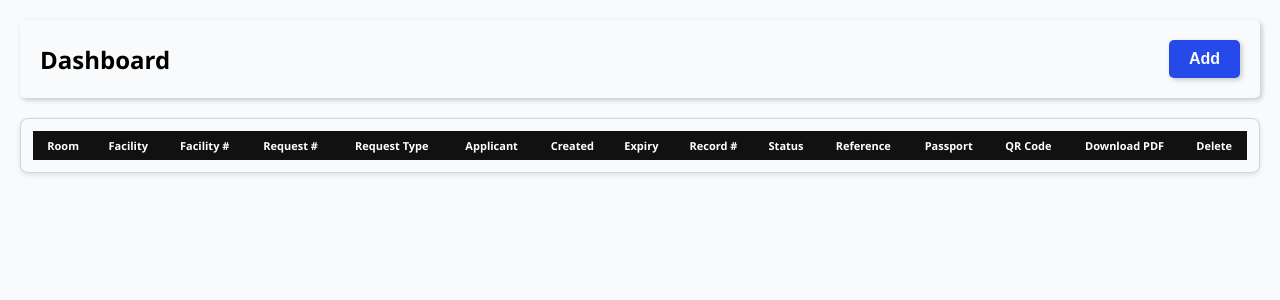
Repository: irfan-shah-sherani/Travel-Tour
Page: public/index.html
An editor plug-in stored every save of this project. The page is shown before and after a run of saves, followed by the edit.
The browser window is 1280 px wide. The pictures show the whole page.
The page's requests for data from a server got no answer.

Above is the page before, as saved 2025-07-11 04:50:42.

### public/index.html
<!DOCTYPE html>
<html lang="en">

<head>
  <meta charset="UTF-8" />
  <meta name="viewport" content="width=device-width, initial-scale=1.0" />
  <title>Dashboard</title>
  <link rel="stylesheet" href="index.css" />
  <!-- <link
      rel="stylesheet"
      href="/public/Dashboard.css"
      integrity="sha512-..."
      crossorigin="anonymous"
      referrerpolicy="no-referrer"
    /> -->
</head>

<body>
  <main>
    <!-- main content -->
    <div class="main-content">
      <!-- TOP-nav -->
      <nav class="main-nav">
        <div class="page-name">
          <i class="fas fa-bars"></i>
          <p>Dashboard</p>
        </div>
        <div class="button">
          <button id="addPersonBtn">Add</button>
        </div>
      </nav>

      <!-- main content  end -->
      <div class="table-container">
        <table>
          <tr>
            <th>Room</th>
          <th>Facility</th>
          <th>Facility #</th>
          <th>Request #</th>
          <th>Request Type</th>
          <th>Applicant</th>
          <th>Created</th>
          <th>Expiry</th>
          <th>Record #</th>
          <th>Status</th>
          <th>Reference</th>
          <th>Passport</th>
          <th>QR Code</th>
          <th>Download PDF</th>
          <th>Delete</th>
          </tr>
          <tbody id="person-table-body">
            <!-- JS will populate this -->
          </tbody>
        </table>

        <!-- ✅ Place script here -->
        <script>
  fetch("/api/")
    .then((res) => res.json())
    .then((data) => {
      const tbody = document.getElementById("person-table-body");
      tbody.innerHTML = "";
      data.forEach((record) => {
        const tr = document.createElement("tr");
        tr.innerHTML = `
          <td>${record.record_id}</td>
          <td>${record.room_name}</td>
          <td>${record.facility_name}</td>
          <td>${record.facility_number}</td>
          <td>${record.request_number}</td>
          <td>${record.request_type}</td>
          <td>${record.applicant_name}</td>
          <td>${record.creation_date}</td>
          <td>${record.request_amount}</td>
          <td>${record.expiry_date}</td>
          <td>${record.record_number}</td>
          <td>${record.request_status}</td>
          <td>${record.reference_number}</td>
          <td>${record.passport_number}</td>
          <td>${record.qrcode_url ? `<img src="${record.qrcode_url}" class="qr-img" alt="QR Code">` : "No QR"}</td>
          <td>
            <a href="/api/download-pdf?token=${record.qr_token}">
              <button type="button">Download PDF</button>
            </a>
          </td>
          <td>
            <form action="/delete/${record.qr_token}" method="POST" onsubmit="return confirm('Are you sure you want to delete this record?');">
              <button type="submit">Delete</button>
            </form>
          </td>
        `;

                tbody.appendChild(tr);
              });
            });
        </script>
        </table>
      </div>

      <!-- Trigger Button OUTSIDE -->
      <!-- Add Room Form (initially hidden in CSS or JS) -->
      <div class="add-new add-new-person">
        <h2 class="form-title">Add New Person</h2>
        <form class="person-form" action="/" method="POST">
          <div class="inputForm">
            <!-- Left Side -->
            <div class="left-side">
              <div class="form-group">
                <label for="room_number">Room No </label>
                <input type="text" id="room_number" name="room_number" required />
              </div>

              <div class="form-group">
                <label for="facility_name">Facility Name </label>
                <input type="text" id="facility_name" name="facility_name" required />
              </div>

              <div class="form-group">
                <label for="facility_number">Facility number </label>
                <input type="text" id="facility_number" name="facility_number" required />
              </div>

              <div class="form-group">
                <label for="request_number">Request number </label>
                <input type="number" id="request_number" name="request_number" step="0.01" required />
              </div>

              <div class="form-group">
                <label for="request_type">Request Type</label>
                <input type="text" id="request_type" name="request_type" required />
              </div>
            </div>

            <!-- Center Side -->
            <div class="center-side">
              <div class="form-group">
                <label for="applicant">Applicant</label>
                <input type="text" id="applicant" name="applicant" />
              </div>

              <div class="form-group">
                <label for="created">Created</label>
                <input type="text" id="created" name="created" />
              </div>

              <div class="form-group">
                <label for="amount">Amount</label>
                <input type="text" id="amount" name="amount" />
              </div>

              <div class="form-group">
                <label for="expiry">Expiry</label>
                <input type="text" id="expiry" name="expiry" />
              </div>

              <div class="form-group">
                <label for="record_number">Record number</label>
                <input type="text" id="record_number" name="record_number" />
              </div>
            </div>

            <!-- Right Side -->
            <div class="right-side">
              <div class="form-group">
                <label for="status">Status</label>
                <input type="text" id="status" name="status" />
              </div>

              <div class="form-group">
                <label for="reference_number">Reference number</label>
                <input type="text" id="reference_number" name="reference_number" />
              </div>

              <div class="form-group">
                <label for="passport_number">Passport number</label>
                <input type="text" id="passport_number" name="passport_number" />
              </div>

            </div>
          </div>

          <div class="button-group">
            <button type="button" class="cancelbtn">Cancel</button>
            <button type="submit" class="submit-person-btn">Add Person</button>
          </div>
        </form>
      </div>

    </div>
  </main>
  <script src="index.js"></script>
</body>

</html>

### public/index.css
* {
  margin: 0;
  padding: 0;
  box-sizing: border-box;
}
:root {
  --primary-gradient: linear-gradient(135deg, #667eea 0%, #764ba2 100%);
  --card-shadow: 0 4px 6px rgba(0, 0, 0, 0.1);
  --card-hover-shadow: 0 8px 15px rgba(0, 0, 0, 0.2);
}
body {
  font-family: "Segoe UI", Tahoma, Geneva, Verdana, sans-serif;
  background-color: #f8fafc;
}
main {
  display: flex;
  /* display: flex; */
}
/* .sidebar {
  position: fixed;
  display: flex;
  align-items: center;
  flex-direction: column;
  width: 250px;
  height: 100vh;
  padding: 20px;
  background: var(--primary-gradient);
  border-radius: 10px 0px 0px 10px;
  color: #f8fafc;
}
.cross-icon {
  display: none;
  justify-content: right;
  color: #f8fafc;
  font-size: 2rem;
  cursor: pointer;
}
.logo {
  display: flex;
  align-items: center;
  gap: 10px;
  margin-bottom: 10px;
  border-bottom: 1px solid rgba(255, 255, 255, 1);
  padding-bottom: 20px;
}
.logo p {
  font-size: 24px;
  font-weight: 600;
}
.sidebar img {
  display: block;
  width: 50px;
  height: 50px;
  object-fit: cover;
  object-position: center;
  border-radius: 5px;
}
.logo hr {
  width: 100px;
  height: 2px;
  color: rgba(255, 255, 255, 0.1);
}
.links ul li {
  list-style: none;
  margin: 5px;
}
.links ul li a {
  display: flex;
  padding-left: 20px;
  align-items: center;
  width: 200px;
  height: 50px;
  text-decoration: none;
  gap: 10px;
  border-radius: 10px;
  transition: all 0.3s ease;
  color: rgba(255, 255, 255, 0.85);
}
.links ul li a:hover {
  background-color: rgba(255, 255, 255, 0.1);
  transform: translateX(5px);
}
.links ul li a.active {
  background-color: rgba(255, 255, 255, 0.1);
  transform: translateX(5px);
} */
/* main content */
.main-content {
  display: flex;
  /* margin-left: 250px; */
  flex-direction: column;
  background-color: #f8fafc;
  width: 100%;
  padding: 20px;
  gap: 20px;
}
.main-content nav {
  display: flex;
  justify-content: space-between;
  align-items: center;
  border-radius: 5px;
  width: 100%;
  background-color: #f8fafc;
  padding: 20px;
  box-shadow: 2px 2px 5px rgba(0, 0, 0, 0.2);
}
.page-name {
  display: flex;
  align-items: center;
  gap: 10px;
}
.page-name p {
  font-size: 24px;
  font-weight: 600;
}
.page-name i {
  display: none;
  cursor: pointer;
  font-size: 24px;
  font-weight: 600;
}
.button {
  display: flex;
  align-items: center;
  gap: 10px;
}
.button button {
  padding: 10px 20px;
  border-radius: 5px;
  border: none;
  background-color: #264ae9;
  color: #f8fafc;
  font-size: 16px;
  font-weight: 600;
  box-shadow: 2px 2px 5px rgba(0, 0, 0, 0.2);
  cursor: pointer;
  transition: all 0.05s ease-in-out;
}
.button button:hover {
  transform: translateY(2px);
}

/* table */
/* General Table Styling */
.table-container {
  width: 100%;
  overflow-x: auto;
  background-color: #f8fafc;
  border-radius: 8px;
  border: 1px solid rgba(0, 0, 0, 0.15);
  box-shadow: 0 2px 5px rgba(0, 0, 0, 0.1);
  padding: 12px;
  box-sizing: border-box;
}

/* Table Reset */
table {
  width: 100%;
  border-collapse: collapse;
  font-size: 11px;
  table-layout: auto;
}

/* Table Header */
.table-container table th {
  background-color: #111;
  color: #fff;
  font-weight: 600;
  font-size: 11px;
  padding: 8px;
  text-align: center;
  vertical-align: middle;
  white-space: normal;
  line-height: 1.2;
  word-break: break-word;
}

/* Force words like "Request Number" to wrap into 2 lines */
.table-container table th {
  max-width: 90px;
}

/* Table Body */
.table-container table td {
  white-space: nowrap;
  text-align: center;
  vertical-align: middle;
  padding: 8px 6px;
}

/* Row Hover Effect */
.table-container table tr:hover {
  background-color: #e2e8f0;
  transition: background-color 0.2s;
}

/* Button Styling */
.btn {
  padding: 4px 8px;
  font-size: 10px;
  border-radius: 4px;
  border: none;
  cursor: pointer;
  transition: 0.2s;
}

/* Delete Button */
.delete-form {
  border: 1px solid #ef4444;
  color: #ef4444;
  background: transparent;
}
.delete-form:hover {
  background-color: #fee2e2;
}

/* Download Button (optional styling) */
.download-btn {
  background-color: #2563eb;
  color: white;
  border: none;
}
.download-btn:hover {
  background-color: #1d4ed8;
}

.add-new {
  display: none;
  width: 80%;
  max-height: 90vh; /* limit height */
  overflow-y: auto;  /* enable scroll if content too tall */
  position: absolute;
  top: 50%;
  left: 50%;
  transform: translate(-50%, -50%);
  background-color: white;
  padding: 20px;
  border-radius: 8px;
  box-shadow: 0 0 10px rgba(0, 0, 0, 0.5);
  font-family: Arial, sans-serif;
  z-index: 10;
}

.form-title {
  font-size: 24px;
  font-weight: 600;
  margin-bottom: 10px;
}

/* Reduce spacing */
.person-form {
  display: flex;
  flex-direction: column;
  gap: 10px;
}

.inputForm {
  display: flex;
  justify-content: space-between;
  gap: 20px;
}

/* Equal columns */
.left-side,
.center-side,
.right-side {
  flex: 1;
}
label {
  font-size: 14px;
  font-weight: 500;
  margin-bottom: 5px;
}
/* Compact input spacing */
.form-group {
  display: flex;
  flex-direction: column;
  margin-bottom: 10px;
}

input,
textarea,
select {
  padding: 5px;
  font-size: 16px;
}

/* Buttons */
.button-group {
  display: flex;
  justify-content: flex-end;
  gap: 10px;
  margin-top: 0px;
}

button {
  padding: 8px;
  font-size: 13px;
  border: none;
  border-radius: 5px;
  cursor: pointer;
}

.cancel-person-btn {
  background-color: #6c757d;
  color: white;
}

.submit-person-btn {
  background-color: #007bff;
  color: white;
}

/* Responsive */
@media (max-width: 768px) {
  .inputForm {
    flex-direction: column;
  }

  .left-side,
  .center-side,
  .right-side {
    width: 100%;
  }
}
.qr-img {
  width: 30px;
  height: 30px;
  object-fit: contain;
  display: block;
}

### public/index.js
const addPersonBtn = document.getElementById("addPersonBtn");
const addNewPerson = document.querySelector(".add-new");
const cancelPersonBtn = document.querySelector(".cancelbtn");
const submitPersonBtn = document.querySelector(".submit-person-btn");

addPersonBtn?.addEventListener("click", () => {
  addNewPerson.style.display = "block";
});

cancelPersonBtn?.addEventListener("click", () => {
  addNewPerson.style.display = "none";
});

submitPersonBtn?.addEventListener("click", () => {
  addNewPerson.style.display = "none";
});

After the next 3 saves:
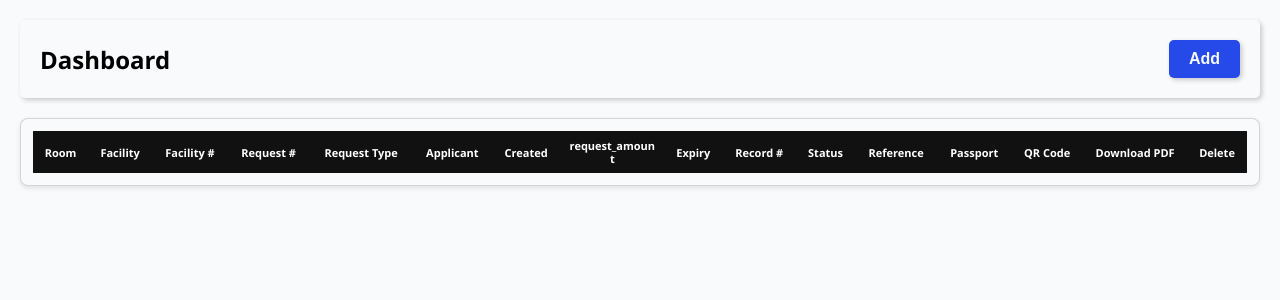
The 3 saves are shown as one change because they came seconds apart.
The last was saved 59 s later.
--- a/public/index.html
+++ b/public/index.html
@@ -41,6 +41,7 @@
           <th>Request Type</th>
           <th>Applicant</th>
           <th>Created</th>
+          <th>request_amount</th>
           <th>Expiry</th>
           <th>Record #</th>
           <th>Status</th>
